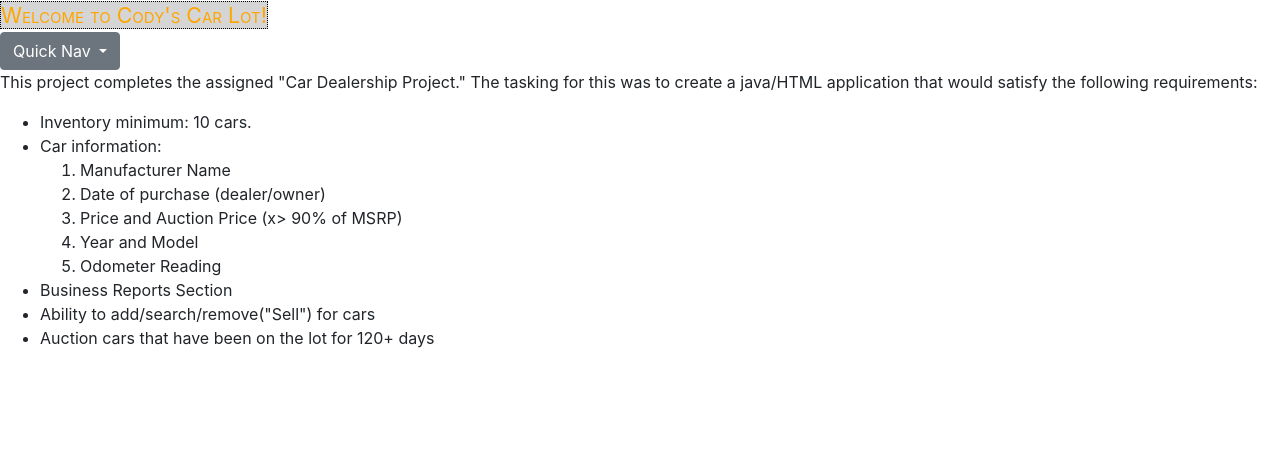
Repository: CodyHogge/CarDealershipProject
Page: http://localhost/CarDealershipProject/auction.jsp
The author's editor kept a copy of each file at every save. The page is drawn from the files as they stood at one save, then again after the next save.
The browser window is 1280 px wide. The pictures show the whole page.
The page is served by Tomcat 9. Other server files are loaded and not shown.

Above is the page before, as saved 2020-09-14 15:17:36.

### CarDealershipProject/WebContent/auction.jsp
<%@ taglib prefix="c" uri="http://java.sun.com/jsp/jstl/core" %>
<%@ page language="java" contentType="text/html; charset=ISO-8859-1"
    pageEncoding="ISO-8859-1"%>
<!DOCTYPE html>
<html>
<head>
<meta charset="ISO-8859-1">
<title>Cody's Car Lot</title>
<link rel="stylesheet" href="https://stackpath.bootstrapcdn.com/bootstrap/4.5.2/css/bootstrap.min.css" integrity="sha384-JcKb8q3iqJ61gNV9KGb8thSsNjpSL0n8PARn9HuZOnIxN0hoP+VmmDGMN5t9UJ0Z" crossorigin="anonymous">

<link rel="stylesheet" href="./styles/styles.css">


</head>
<body>


<span class="top-banner">Welcome to Cody's Car Lot!</span>


<div class="dropdown">
  <button class="btn btn-secondary dropdown-toggle" type="button" id="dropdownMenuLink" data-toggle="dropdown" aria-haspopup="true" aria-expanded="false">
    Quick Nav
  </button>
  <div class="dropdown-menu" aria-labelledby="dropdownMenuLink">
    <a class="dropdown-item" href="homePage.jsp">Home Page</a>
    <a class="dropdown-item" href="inventory.jsp">Inventory</a>
    <a class="dropdown-item" href="auction.jsp">Auction Page</a>
    <a class="dropdown-item" href="businessPage.jsp">Business Reports</a>
  </div>
</div>


<p class="home-paragraph"> This project completes the assigned "Car Dealership Project." The tasking for this was
to create a java/HTML application that would satisfy the following requirements:
	<ul class="project-details-list">
		<li> Inventory minimum: 10 cars. </li>
		<li> Car information:
			<ol>
				<li>Manufacturer Name</li>
				<li>Date of purchase (dealer/owner)</li>
				<li>Price and Auction Price (x> 90% of MSRP)</li>
				<li>Year and Model</li>
				<li>Odometer Reading</li>
			</ol>
		</li>
		<li> Business Reports Section</li>
		<li> Ability to add/search/remove("Sell") for cars</li>
		<li> Auction cars that have been on the lot for 120+ days</li>
	</ul>
</p>

<script src="https://code.jquery.com/jquery-3.5.1.slim.min.js" integrity="sha384-DfXdz2htPH0lsSSs5nCTpuj/zy4C+OGpamoFVy38MVBnE+IbbVYUew+OrCXaRkfj" crossorigin="anonymous"></script>
<script src="https://cdn.jsdelivr.net/npm/popper.js@1.16.1/dist/umd/popper.min.js" integrity="sha384-9/reFTGAW83EW2RDu2S0VKaIzap3H66lZH81PoYlFhbGU+6BZp6G7niu735Sk7lN" crossorigin="anonymous"></script>
<script src="https://stackpath.bootstrapcdn.com/bootstrap/4.5.2/js/bootstrap.min.js" integrity="sha384-B4gt1jrGC7Jh4AgTPSdUtOBvfO8shuf57BaghqFfPlYxofvL8/KUEfYiJOMMV+rV" crossorigin="anonymous"></script>
</body>
</html>

### CarDealershipProject/WebContent/styles/styles.css
.top-banner{
	font-variant: small-caps;
	font-size: 16pt;
	border-style: dotted;
	border-right-width: 1px;
	border-left-width: 1px;
	border-top-width: 1px;
	border-bottom-width: 1px;
	border-color: black;
	background-color: #d5d5d5;
	color: orange;
}


.avail-cars{
	margin: 15px;
	background-color: #d5d5d5;
	border-style: solid;
	border-right-width: 1px;
	border-left-width: 1px;
	border-top-width: 1px;
	border-bottom-width: 1px;
	border-color: black;
}
avail-cars.td{
	background-color: gray;
	border-style: solid;
	border-right-width: 2px;
	border-left-width: 2px;
	border-top-width: 2px;
	border-bottom-width: 2px;
	border-color: black;
}
.sold-cars{
	margin: 15px;
	background-color: #d5d5d5;
	border-style: solid;
	border-right-width: 1px;
	border-left-width: 1px;
	border-top-width: 1px;
	border-bottom-width: 1px;
	border-color: black;
}
.h4{
	margin: 10px;
	font-variant: small-caps;
}

After the next save:
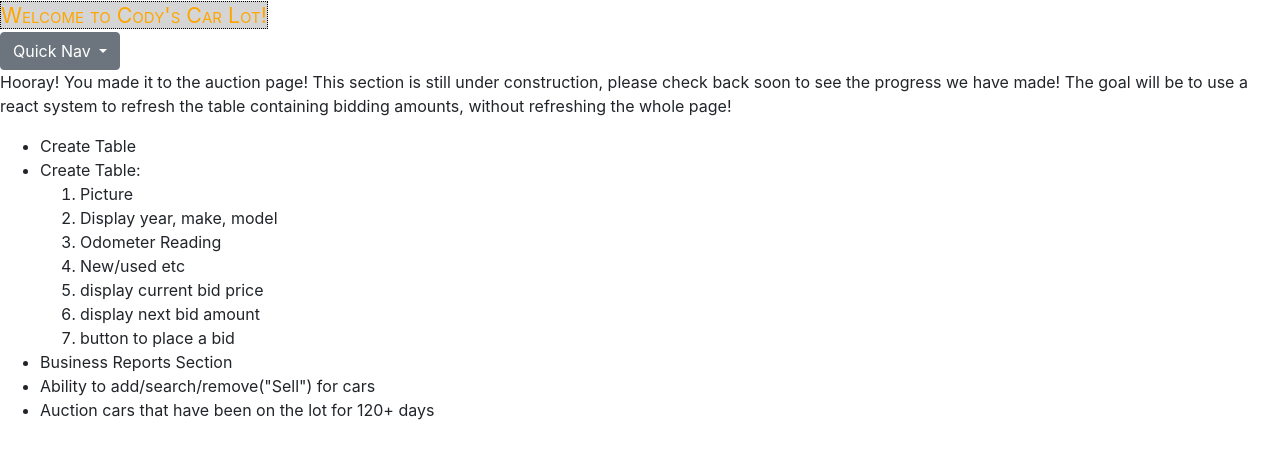
Saved 3 min 19 s later.
--- a/CarDealershipProject/WebContent/auction.jsp
+++ b/CarDealershipProject/WebContent/auction.jsp
@@ -31,17 +31,19 @@
 </div>
 
 
-<p class="home-paragraph"> This project completes the assigned "Car Dealership Project." The tasking for this was
-to create a java/HTML application that would satisfy the following requirements:
-	<ul class="project-details-list">
-		<li> Inventory minimum: 10 cars. </li>
-		<li> Car information:
+<p class="auction-paragraph"> Hooray! You made it to the auction page! This section is still under construction, please check back soon to see the progress
+we have made! The goal will be to use a react system to refresh the table containing bidding amounts, without refreshing the whole page!
+	<ul class="auction-to-do-list">
+		<li> Create Table </li>
+		<li> Create Table:
 			<ol>
-				<li>Manufacturer Name</li>
-				<li>Date of purchase (dealer/owner)</li>
-				<li>Price and Auction Price (x> 90% of MSRP)</li>
-				<li>Year and Model</li>
+				<li>Picture</li>
+				<li>Display year, make, model</li>
 				<li>Odometer Reading</li>
+				<li>New/used etc</li>
+				<li>display current bid price</li>
+				<li>display next bid amount</li>
+				<li>button to place a bid</li>
 			</ol>
 		</li>
 		<li> Business Reports Section</li>
